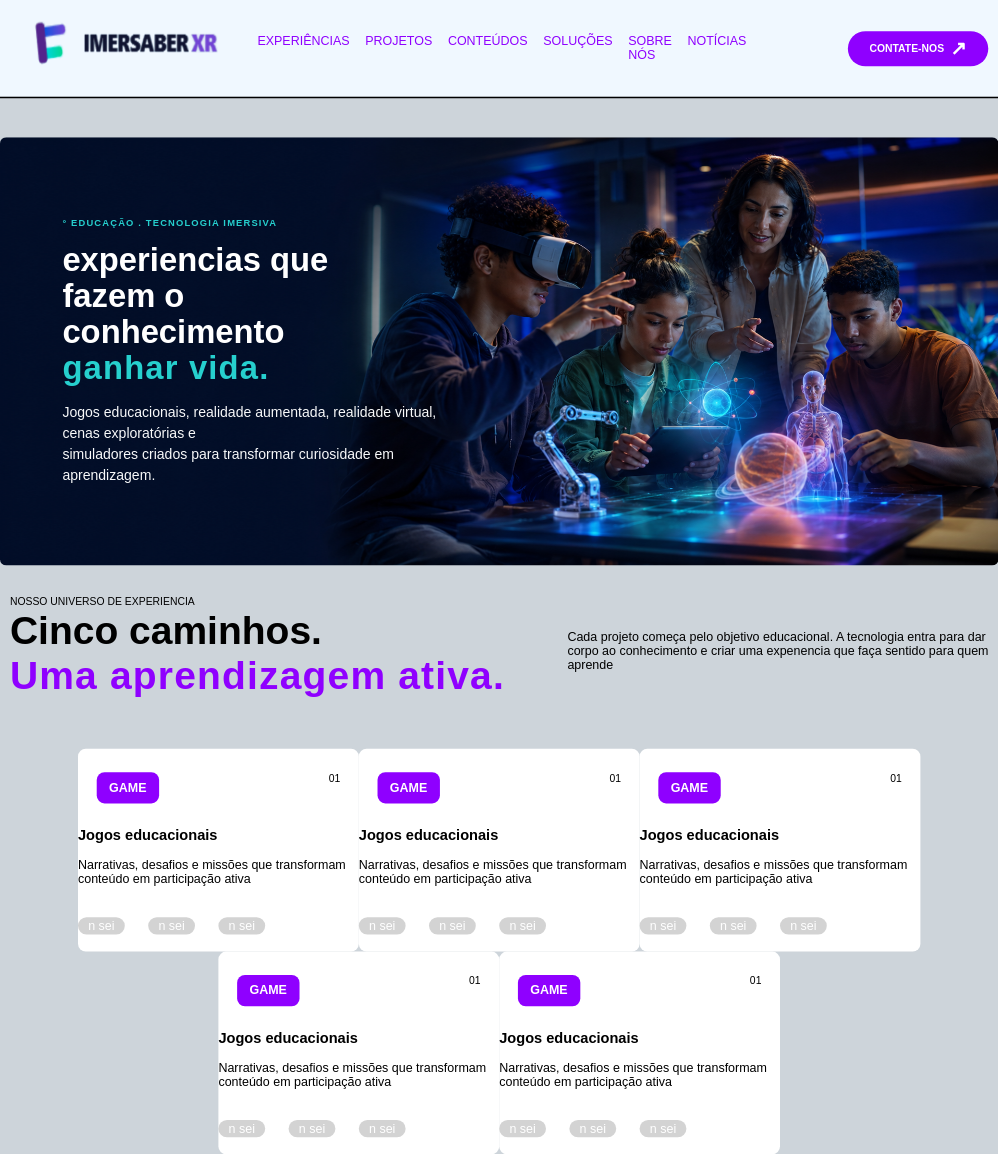
Repository: antonymsantana-design/Avaliacao.Parte.01
Page: html/index.html
An editor plug-in stored every save of this project. The page is shown before and after a run of saves, followed by the edit.
The browser window is 1280 px wide. The pictures show the whole page, at 78% of full size.

Above is the page before, as saved 2026-08-29 18:49:24.

### html/index.html
<!DOCTYPE html>
<html lang="pt-br">

<head>
    <meta charset="UTF-8">
    <meta name="viewport" content="width=device-width, initial-scale=1.0">
    <title>avaliação </title>
    <link rel="stylesheet" href="../css/Style.css">
</head>
<header>
    <div class="conteudoH" id="conteudoH">
        <div class="imagem" id="imagem">
            <img src="../images/Design sem nome.png" alt="logo" class="logoIMG" id="logoIMG">
        </div>
        <div class="links" id="links">
            <a href="#">EXPERIÊNCIAS</a>
            <a href="#">PROJETOS</a>
            <a href="#">CONTEÚDOS</a>
            <a href="#">SOLUÇÕES</a>
            <a href="#">SOBRE NÓS</a>
            <a href="#">NOTÍCIAS</a>
        </div>
        <div class="btnDiv" id="btnDiv">
            <button class="btn" id="btn">
                <div class="btnTxt" id="btnTxt">
                    <p>CONTATE-NOS</p>
                </div>
                <div class="emoji" id="emoji">
                    <p>↗</p>
                </div>
            </button>
        </div>
    </div>
</header>

<body>


    <div class="conteudoBanner">
        <img src="../images/hero-banner-imersaber.png" alt="banner">
        <div class="txtBanner" id="txtBanner">
            <span>° EDUCAÇÃO . TECNOLOGIA IMERSIVA</span>
            <h1>experiencias que <br> fazem o <br> conhecimento <br> <span class="spn">ganhar vida. </span></h1>
            <p>Jogos educacionais, realidade aumentada, realidade virtual, cenas exploratórias e<br>
                simuladores criados para transformar curiosidade em aprendizagem.</p>
        </div>
    </div>

    <BR></BR>

    <div class="titulo" id="titulo">
        <div class="eTitulo">
            <small>NOSSO UNIVERSO DE EXPERIENCIA</small>
            <h1 class="eH1">Cinco caminhos. <br>
                <span>Uma aprendizagem ativa.</span>
            </h1>
        </div>
        <div class="dTitulo">
            <p>Cada projeto começa pelo objetivo educacional. A tecnologia entra para dar <br> corpo ao conhecimento e
                criar uma expenencia que faça sentido para quem <br> aprende</p>
        </div>
    </div>

    <div class="cards">

        <div class="card1">
            <div class="cima">
                <p>GAME</p>
                <small>01</small>
            </div>
            <div class="meio">
                <h3>
                    Jogos educacionais
                </h3> <br>
                <p>Narrativas, desafios e missões que transformam conteúdo em participação ativa</p>
            </div>
            <div class="baixo">
                <p> n sei</p>
                <p> n sei</p>
                <p> n sei</p>
            </div>
        </div>

        <div class="card1">
            <div class="cima">
                <p>GAME</p>
                <small>01</small>
            </div>
            <div class="meio">
                <h3>
                    Jogos educacionais
                </h3> <br>
                <p>Narrativas, desafios e missões que transformam conteúdo em participação ativa</p>
            </div>
            <div class="baixo">
                <p> n sei</p>
                <p> n sei</p>
                <p> n sei</p>
            </div>
        </div>

        <div class="card1">
            <div class="cima">
                <p>GAME</p>
                <small>01</small>
            </div>
            <div class="meio">
                <h3>
                    Jogos educacionais
                </h3> <br>
                <p>Narrativas, desafios e missões que transformam conteúdo em participação ativa</p>
            </div>
            <div class="baixo">
                <p> n sei</p>
                <p> n sei</p>
                <p> n sei</p>
            </div>
        </div>

        <div class="card1">
            <div class="cima">
                <p>GAME</p>
                <small>01</small>
            </div>
            <div class="meio">
                <h3>
                    Jogos educacionais
                </h3> <br>
                <p>Narrativas, desafios e missões que transformam conteúdo em participação ativa</p>
            </div>
            <div class="baixo">
                <p> n sei</p>
                <p> n sei</p>
                <p> n sei</p>
            </div>
        </div>

        <div class="card1">
            <div class="cima">
                <p>GAME</p>
                <small>01</small>
            </div>
            <div class="meio">
                <h3>
                    Jogos educacionais
                </h3> <br>
                <p>Narrativas, desafios e missões que transformam conteúdo em participação ativa</p>
            </div>
            <div class="baixo">
                <p> n sei</p>
                <p> n sei</p>
                <p> n sei</p>
            </div>
        </div>

    </div>

</body>

</html>

### css/Style.css
* {
    padding: 0px;
    margin: 0px;
    font-family: Arial, Helvetica, sans-serif;
}

body{
    background-color: rgb(205, 212, 218);
}

header {
    background-color: aliceblue;
    border-bottom: 2px solid black;
}

.conteudo {
    margin-top: 5px;
}

.conteudoH {
    display: flex;
    justify-content: space-between;
    padding-right: 100px;
    align-items: center;
}

a {
    text-decoration: none;
    color: #8f00ff;
}

.logoIMG {
    width: 330px;
    height: 120px;
}

.links {
    display: flex;
    gap: 20px;
    justify-content: center;
    padding-right: 130px;
}

.btn {
    display: flex;
    justify-content: center;
    width: 180px;
    height: 45px;
    background-color: #8F00FF;
    font-weight: 800;
    border: none;
    border-radius: 25px;
    color: white;
    align-items: center;
    gap: 8px;
}

.emoji {
    font-size: 25px;
}

/*parte banner*/

.txtBanner p {
    margin: 0;
    font-size: 18px;
    color: #f8f9fa;
}

.conteudoBanner {
    position: relative;
    width: 100%;
    margin: 50px auto 0;
}

.conteudoBanner img {
    width: 100%;
    height: auto;
    display: block;
    border-radius: 8px;
}

.txtBanner {
    position: absolute;
    top: 50%;
    left: 80px;
    color: white;
    transform: translateY(-50%);
    max-width: 500px;
    font-family: sans-serif;
}

span {
    font-size: 12px;
    letter-spacing: 1.5px;
    font-weight: bold;
    color: #26d0ce;
    display: block;
    margin-bottom: 15px;
}

.txtBanner h1 {
    font-size: 42px;
    font-weight: 800;
    line-height: 1.1;
    margin: 0 0 20px 0;
}

.spn {
        font-size: 42px;
    color: #26d0ce;
}

.txtBanner {
    font-size: 14px;
    line-height: 1.5;
}

/*parte 3*/

.titulo{
    display: flex;
    justify-content: center;
    gap: 80px;
    margin-bottom: 50px;
}

.dTitulo{
    display: flex;
    justify-content: center;
    align-items: center;
}

.eH1{
    font-size: 50px;
}

.eH1 span{
    color: #8F00FF;
   font-size: 50px;
}

.card1{
    padding-top: 30px;
    width: 360px;
    height: 230px;
    background-color: white;
    border-radius: 10px;
}

.cima{
    display: flex;
    justify-content: space-around;
    gap: 170px;
    margin-bottom: 30px;
}

.cima p{
    color: white;
    background-color: #8F00FF;
    width: 80px;
    height: 40px;
    border-radius: 10px;
    display: flex;
    justify-content: center;
    align-items: center;
    font-weight: bold;
}

.baixo{
    display: flex;
    justify-content: left;
    align-items: center;
    gap: 30px;
    color: white;
}

.meio{
    margin-bottom: 40px;
}

.baixo p{
    background-color: lightgrey;
    width: 60px;
    height: 22px;
    border-radius: 15px;
     display: flex;
    justify-content: center;
    align-items: center;
}

.cards{
    display: flex;
    justify-content: center;
    gap: 287x;
    flex-wrap: wrap;
}

After the next 4 saves:
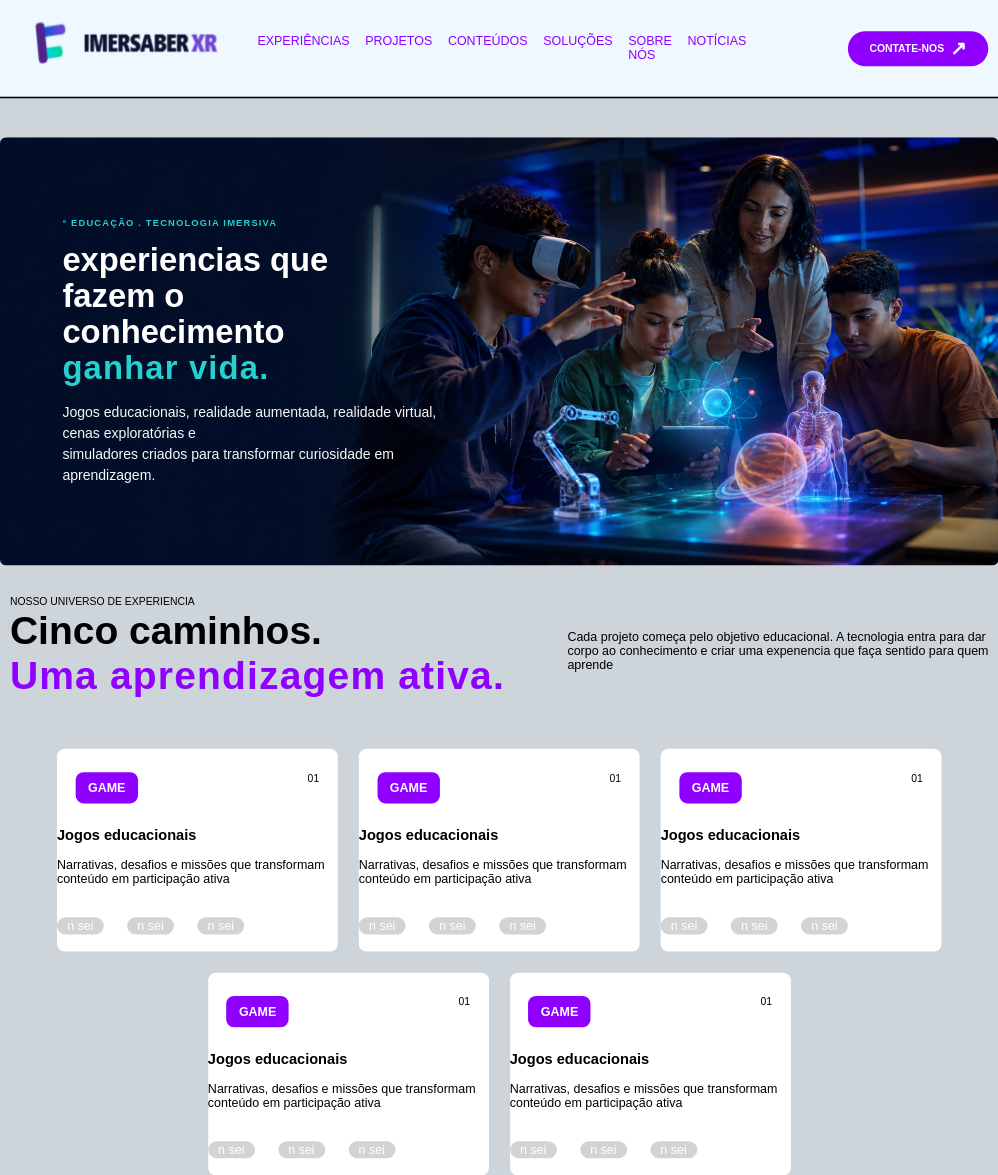
The 4 saves are shown as one change because they came seconds apart.
The last was saved 13 s later.
--- a/css/Style.css
+++ b/css/Style.css
@@ -192,6 +192,6 @@ span {
 .cards{
     display: flex;
     justify-content: center;
-    gap: 287x;
+    gap: 27px;
     flex-wrap: wrap;
 }
